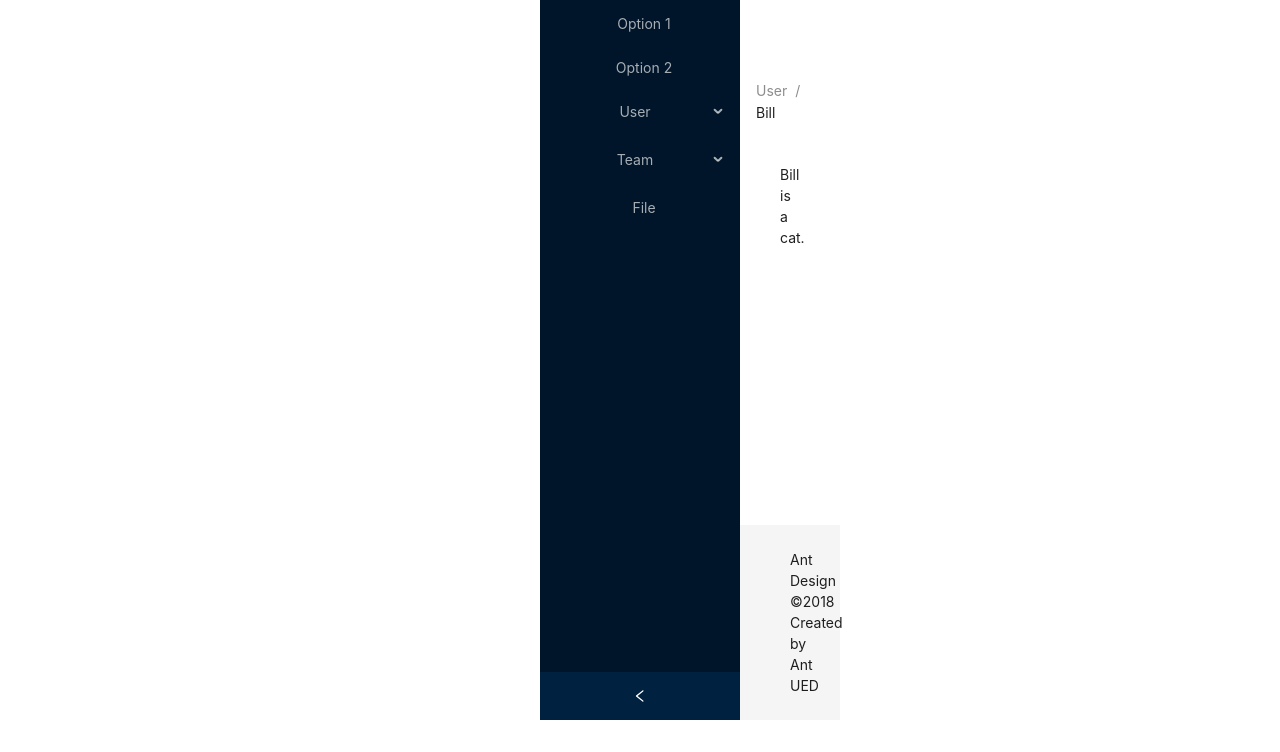
Repository: chenyl8848/chen-tool-collection
Page: /
The author's editor kept a copy of each file at every save. The page is drawn from the files as they stood at one save, then again after the next save.
The browser window is 1280 px wide. The pictures show the whole page.
The project was rebuilt for these pictures with package versions that can differ from the ones it lists, and the page was loaded fresh each time. Also part of the build but not shown: vite.config.ts, src/components/HelloWorld.vue.

Above is the page before, as saved 2024-01-09 10:41:28.

After the next save:
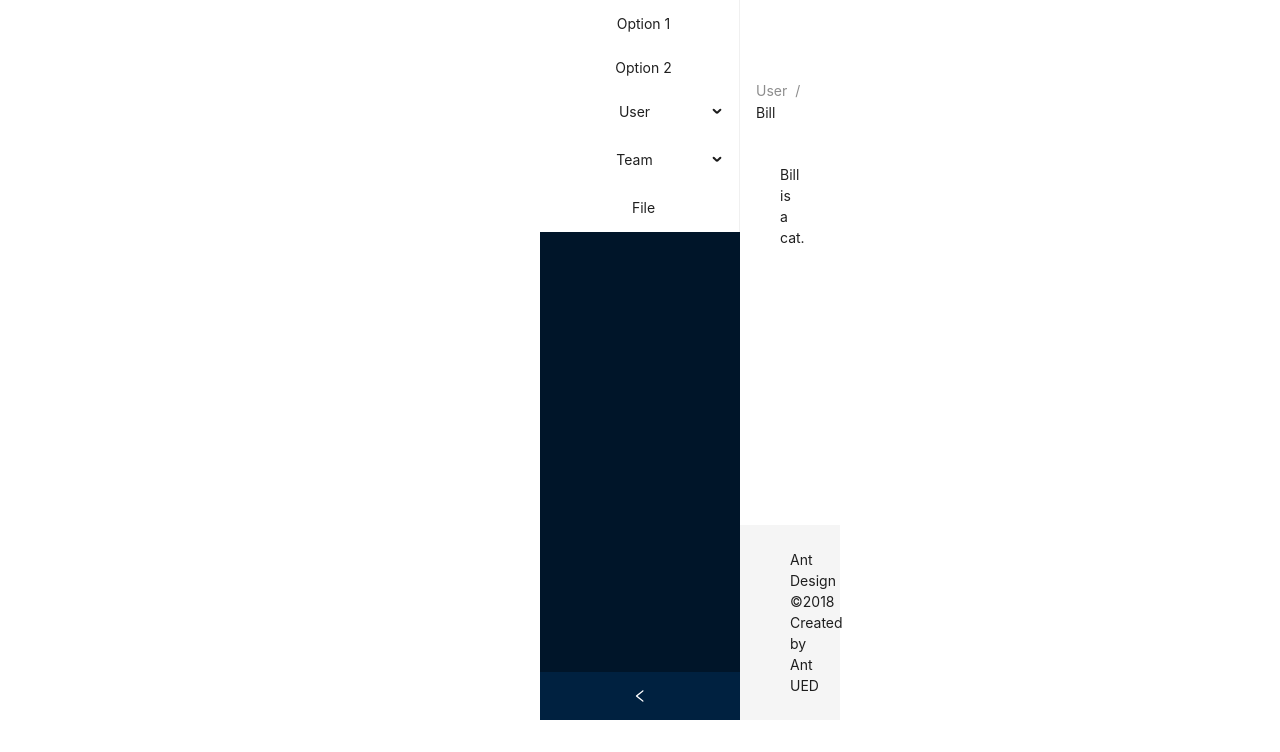
Saved 8 s later.
--- a/src/layout/index.vue
+++ b/src/layout/index.vue
@@ -8,7 +8,7 @@
             <div class="logo">
 
             </div>
-            <a-menu v-model:selectedKeys="selectedKeys" theme="dark" mode="inline">
+            <a-menu v-model:selectedKeys="selectedKeys" mode="inline">
                 <a-menu-item key="1">
                     <pie-chart-outlined />
                     <span>Option 1</span>

After the save that followed:
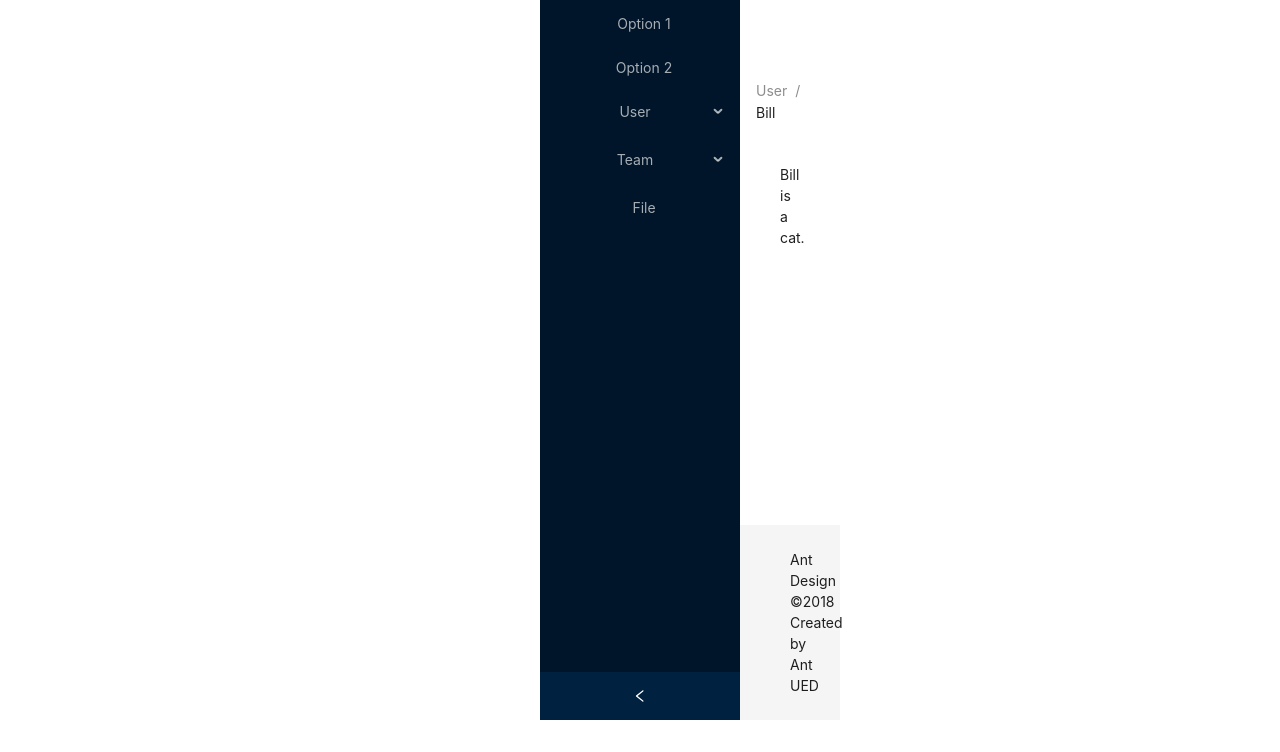
Saved 88 s later.
--- a/src/layout/index.vue
+++ b/src/layout/index.vue
@@ -8,7 +8,7 @@
             <div class="logo">
 
             </div>
-            <a-menu v-model:selectedKeys="selectedKeys" mode="inline">
+            <a-menu v-model:selectedKeys="selectedKeys" theme="dark" mode="inline">
                 <a-menu-item key="1">
                     <pie-chart-outlined />
                     <span>Option 1</span>
